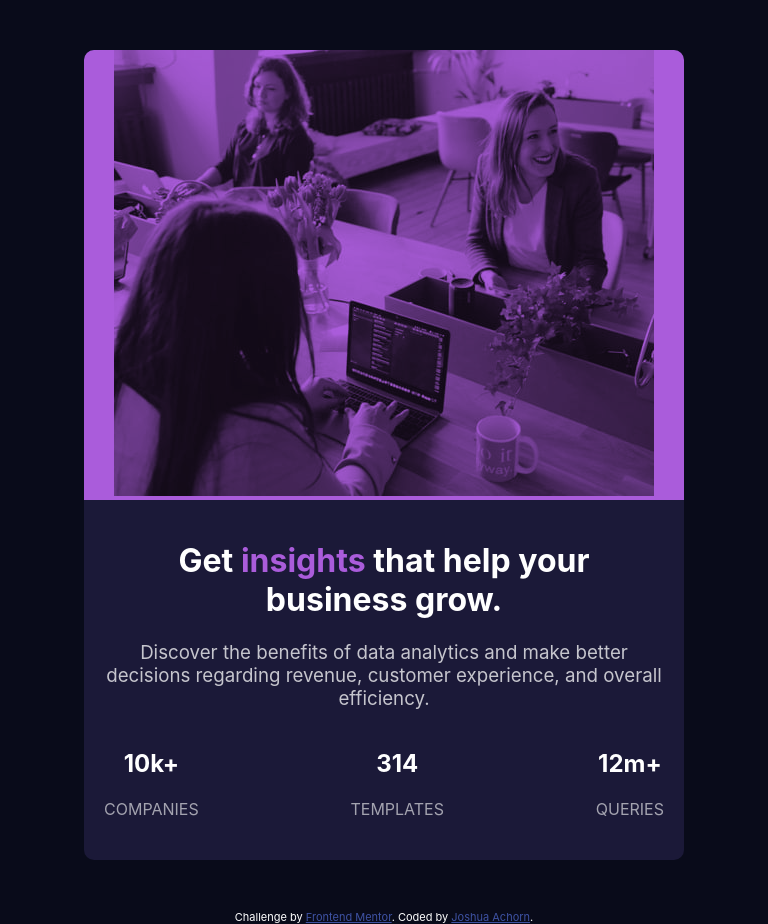
Repository: Achorn/stats-preview-card
Page: index.html
An editor plug-in stored every save of this project. The page is shown before and after a run of saves, followed by the edit.
The browser window is 768 px wide. The pictures show the whole page.
Some web fonts or font styles are not loaded; a fallback is used.

Above is the page before, as saved 2021-06-17 09:34:00.

### index.html
<!DOCTYPE html>
<html lang="en">
  <head>
    <meta charset="UTF-8" />
    <meta name="viewport" content="width=device-width, initial-scale=1.0" />
    <!-- displays site properly based on user's device -->
    <link rel="stylesheet" href="https://fonts.google.com/specimen/Inter" />
    <link
      rel="stylesheet"
      href="https://fonts.google.com/specimen/Lexend+Deca"
    />

    <link rel="stylesheet" href="styles.css" />
    <link
      rel="icon"
      type="image/png"
      sizes="32x32"
      href="./images/favicon-32x32.png"
    />

    <title>Frontend Mentor | Stats preview card component</title>

    <!-- Feel free to remove these styles or customise in your own stylesheet 👍 -->
    <style>
      .attribution {
        font-size: 11px;
        text-align: center;
      }
      .attribution a {
        color: hsl(228, 45%, 44%);
      }
    </style>
  </head>
  <body>
    <div id="card-container">
      <div id="text-container">
        <div id="title-container">
          <h1 id="title">
            Get <span style="color: hsl(277, 64%, 61%)">insights</span> that
            help your business grow.
          </h1>
          <h3 id="sub">
            Discover the benefits of data analytics and make better decisions
            regarding revenue, customer experience, and overall efficiency.
          </h3>
        </div>

        <div id="desc-container">
          <div id="desc">
            <h2>10k+</h2>
            <h4 id="stat">companies</h4>
          </div>
          <div id="desc">
            <h2>314</h2>
            <h4 id="stat">templates</h4>
          </div>
          <div id="desc">
            <h2>12m+</h2>
            <h4 id="stat">queries</h4>
          </div>
        </div>
      </div>
      <div id="img-container">
        <img id="stat-image" src="./images/image-header-desktop.jpg" alt="" />
      </div>
    </div>
    <div style="color: white; margin-top: 50px" class="attribution">
      Challenge by
      <a href="https://www.frontendmentor.io?ref=challenge" target="_blank"
        >Frontend Mentor</a
      >. Coded by <a href="#">Joshua Achorn</a>.
    </div>
  </body>
</html>

### styles.css
body {
  padding-top: 50px;
  width: 100%;
  /* background-color: white; */
  font-family: "Inter", sans-serif;
  background-color: hsl(233, 47%, 7%);
  height: 100vh;
  /* display: flex;
  flex-direction: column;
  justify-content: center;
  align-items: center; */
  text-align: center;
  margin: 0px;
}

#card-container {
  text-align: left;
  margin: 0 auto;
  overflow: hidden;
  border-radius: 10px;
  width: 90%;
  max-width: 1100px;
  color: white;
  background-color: hsl(244, 38%, 16%);
  display: flex;
}

#text-container {
  padding: 50px;
}
#sub {
  color: hsla(0, 0%, 100%, 0.75);
  font-weight: normal;
}
#desc-container {
  display: flex;
  justify-content: space-between;
  flex-wrap: wrap;
}

#stat {
  color: hsla(0, 0%, 100%, 0.6);
  font-weight: normal;
  text-transform: uppercase;
}
#img-container {
  background: hsl(277, 64%, 61%);
  /* margin: 0px; */
  /* display: inline-block; */
}
img {
  background: hsl(277, 64%, 61%);
  width: auto;
  height: 100%;
  opacity: 0.9;
  mix-blend-mode: multiply;
}

@media screen and (max-width: 1000px) {
  #card-container {
    max-width: 600px;
    text-align: center;
    width: 90%;
    flex-direction: column-reverse;
  }
  #text-container {
    padding: 20px;
  }
  img {
    object-fit: cover;
    /* width: 100%; */
    /* height: 100%; */
  }
}

@media screen and (max-width: 500px) {
  #desc-container {
    flex-direction: column;
    justify-content: center;
  }
}

After the next 2 saves:
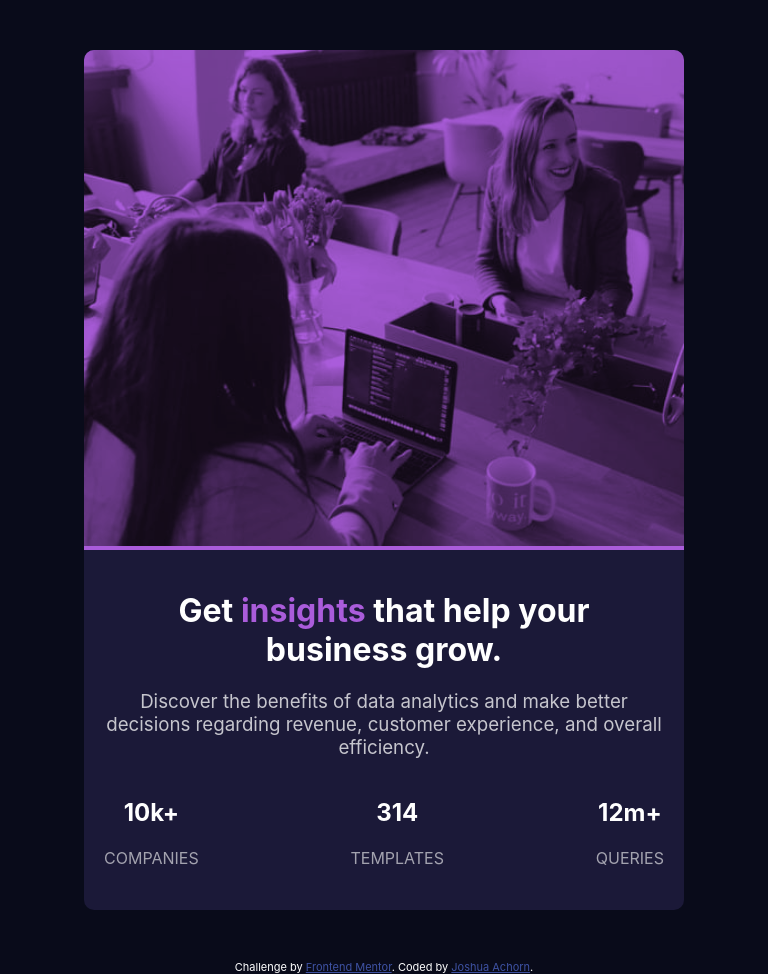
The 2 saves are shown as one change because they came seconds apart.
The last was saved 18 s later.
--- a/styles.css
+++ b/styles.css
@@ -68,8 +68,8 @@ img {
   }
   img {
     object-fit: cover;
-    /* width: 100%; */
-    /* height: 100%; */
+    width: 100%;
+    height: 100%;
   }
 }
 
